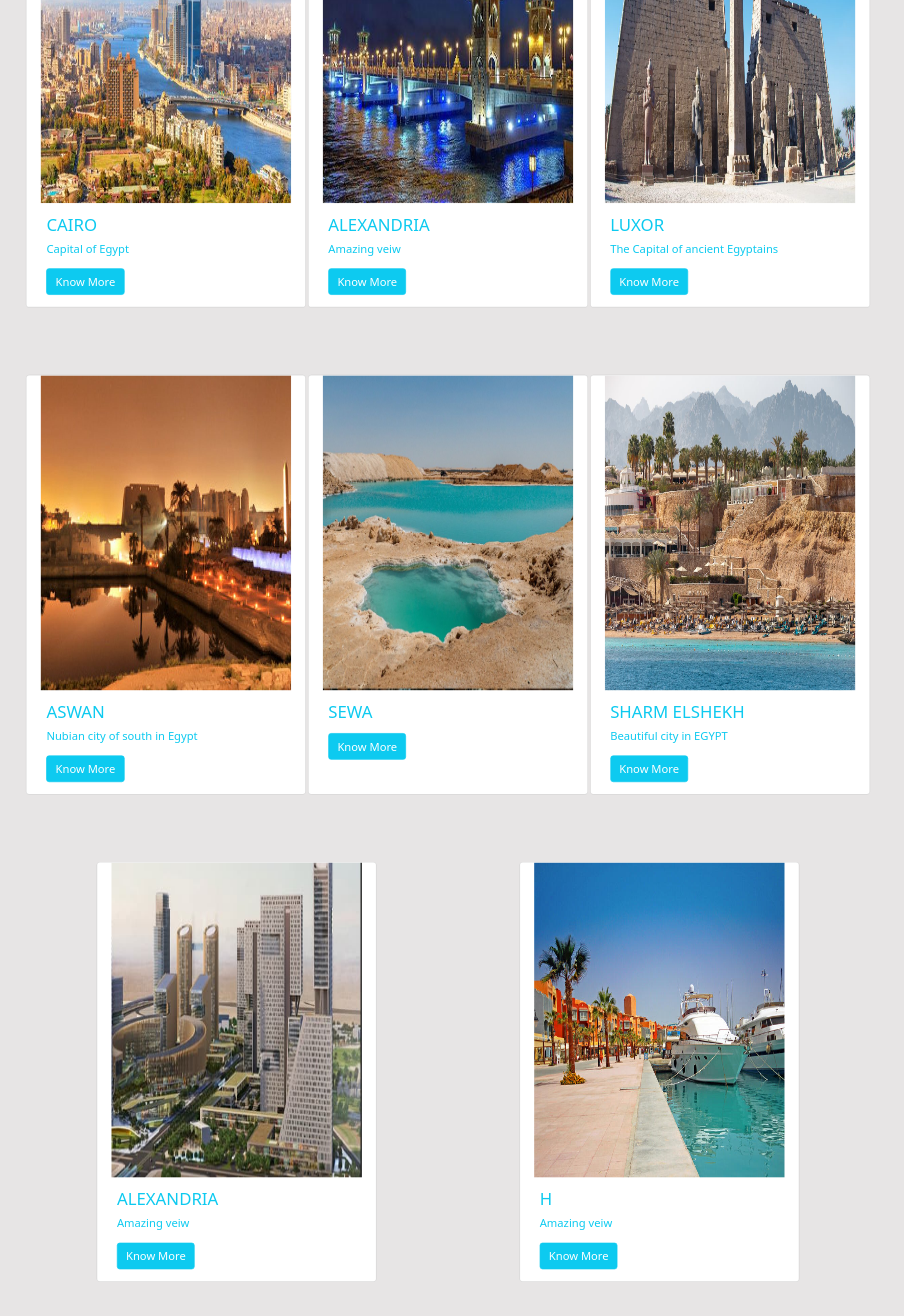
Repository: Ahmed123rezk123/P-temp
Page: index.html
An editor plug-in stored every save of this project. The page is shown before and after a run of saves, followed by the edit.
The browser window is 1280 px wide. The page is 1292 px wide, so the pictures cover 1292 px, including what lies to the right of the window. The pictures show the part of the page from y = 3805 to 5685 px (the page is 5685 px tall), at 70% of full size.
Backgrounds fixed to the window are drawn as part of the page.

Above is the page before, as saved 2024-02-18 11:44:24.

After the next 2 saves:
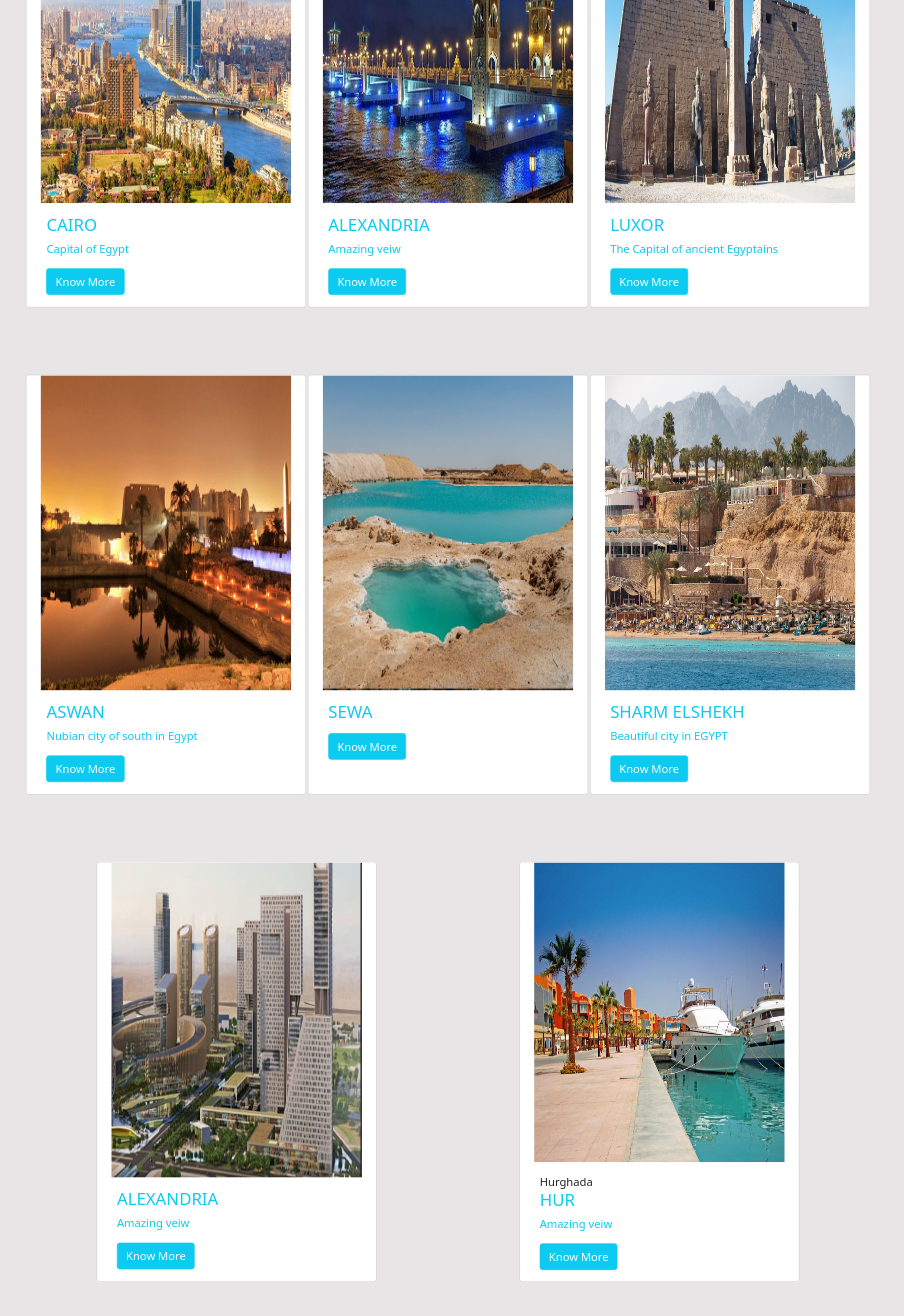
The 2 saves are shown as one change because they came seconds apart.
The last was saved 10 s later.
--- a/index.html
+++ b/index.html
@@ -435,8 +435,8 @@
 
       <div class="col-sm-6 card rounded-3" style="width:400px; height: 600px;">
         <img class="card-img-top rounded-top img-fluid ps-2 pe-2 " style="height: 450px;" src="images/Hurghada-marina.jpg" alt="Card image">
-        <div class="card-body">
-          <h4 class="card-title text-info">H</h4>
+        <div class="card-body">Hurghada
+          <h4 class="card-title text-info">HUR</h4>
           <p class="card-text text-info">Amazing veiw</p>
               <a href="#" class=" btn btn-info text-white">Know More</a>
         </div>
